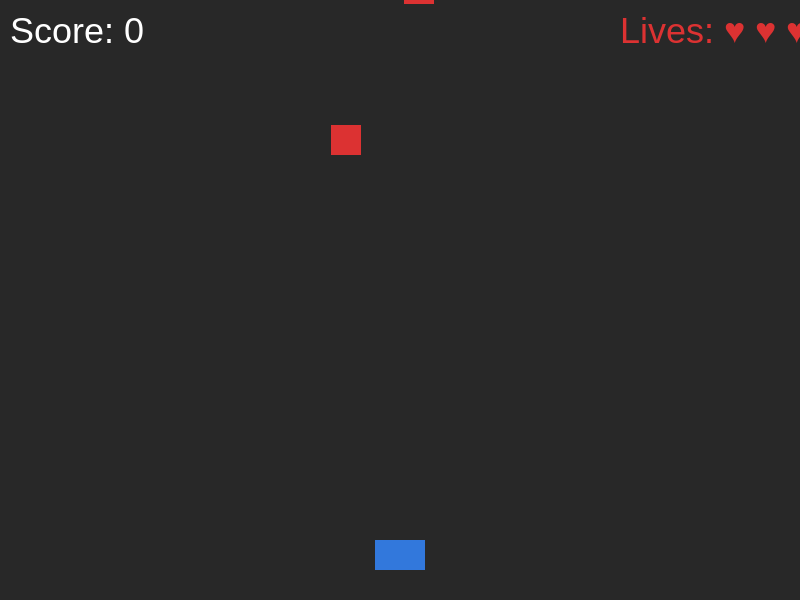
Repository: Magodang/20260181
Script's output: python week5fd/week5.py
These files come from the project's save history. The script's output is drawn as it stood at one moment and after the next save; the edit follows.
The window is shown after at most 60 frames with no key pressed. A system font it names is replaced by a similar one. Random numbers start from a fixed seed.

Above is the script's output before, as saved 2026-03-31 14:33:50.

After the next save:
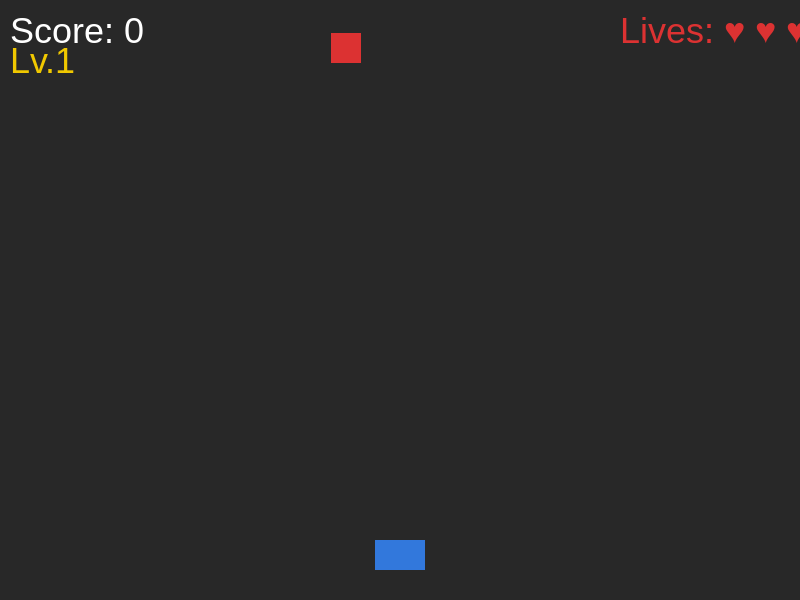
Saved 54 s later.
--- a/week5fd/week5.py
+++ b/week5fd/week5.py
@@ -30,25 +30,29 @@
 font = get_korean_font(36)
 font_big = get_korean_font(72)
 
-# 고정 난이도 설정
-ENEMY_MIN_SPEED = 4
-ENEMY_MAX_SPEED = 7
-SPAWN_DELAY = 30  # 작을수록 많이 생성됨
+# --- 레벨 설정 ---
+LEVELS = [
+    {"min_speed": 3, "max_speed": 5,  "spawn": 40, "label": "Lv.1"},
+    {"min_speed": 5, "max_speed": 8,  "spawn": 25, "label": "Lv.2"},
+    {"min_speed": 7, "max_speed": 12, "spawn": 15, "label": "Lv.3"},
+]
+
+# --- 사운드 자리 ---
+# dodge_sound = pygame.mixer.Sound("dodge.wav")
+# hit_sound   = pygame.mixer.Sound("hit.wav")
 
 PLAYER_W, PLAYER_H = 50, 30
 ENEMY_W,  ENEMY_H  = 30, 30
 
-
-def spawn_enemy():
+def spawn_enemy(level_cfg):
     x = random.randint(0, WIDTH - ENEMY_W)
-    speed = random.randint(ENEMY_MIN_SPEED, ENEMY_MAX_SPEED)
+    speed = random.randint(level_cfg["min_speed"], level_cfg["max_speed"])
     return pygame.Rect(x, -ENEMY_H, ENEMY_W, ENEMY_H), speed
 
-
-def draw_hud(score, lives):
+def draw_hud(score, level_cfg, lives):
     screen.blit(font.render(f"Score: {score}", True, WHITE), (10, 10))
+    screen.blit(font.render(f"{level_cfg['label']}", True, YELLOW), (10, 40))
     screen.blit(font.render(f"Lives: {'♥ ' * lives}", True, RED), (WIDTH - 180, 10))
-
 
 def game_over_screen(score):
     screen.fill(GRAY)
@@ -64,13 +68,14 @@
                 if e.key == pygame.K_r: return True
                 if e.key == pygame.K_q: pygame.quit(); sys.exit()
 
-
 def main():
     player = pygame.Rect(WIDTH // 2 - PLAYER_W // 2, HEIGHT - 60, PLAYER_W, PLAYER_H)
     enemies = []
     score = 0
     lives = 3
     spawn_timer = 0
+    level_idx = 0
+    level_cfg = LEVELS[level_idx]
     invincible = 0
 
     while True:
@@ -86,14 +91,12 @@
         if keys[pygame.K_UP]    and player.top   > 0:     player.y -= 5
         if keys[pygame.K_DOWN]  and player.bottom < HEIGHT: player.y += 5
 
-        # 적 생성
         spawn_timer += 1
-        if spawn_timer >= SPAWN_DELAY:
+        if spawn_timer >= level_cfg["spawn"]:
             spawn_timer = 0
-            rect, speed = spawn_enemy()
+            rect, speed = spawn_enemy(level_cfg)
             enemies.append([rect, speed])
 
-        # 적 이동
         survived = []
         for pair in enemies:
             pair[0].y += pair[1]
@@ -103,12 +106,12 @@
                 score += 1
         enemies = survived
 
-        # 충돌 처리
         if invincible > 0:
             invincible -= 1
         else:
             for pair in enemies:
                 if player.colliderect(pair[0]):
+                    # hit_sound.play()
                     lives -= 1
                     invincible = 90
                     enemies.clear()
@@ -117,6 +120,9 @@
                             main()
                         return
                     break
+
+        level_idx = min(score // 20, len(LEVELS) - 1)
+        level_cfg = LEVELS[level_idx]
 
         screen.fill(GRAY)
 
@@ -127,9 +133,7 @@
         for pair in enemies:
             pygame.draw.rect(screen, RED, pair[0])
 
-        draw_hud(score, lives)
+        draw_hud(score, level_cfg, lives)
         pygame.display.flip()
-        clock.tick(FPS)
-
 
 main()

After the save that followed:
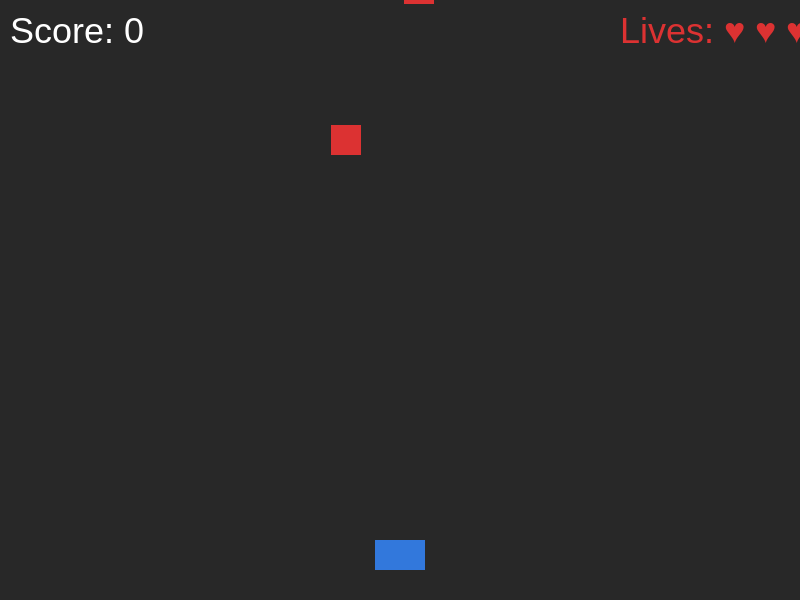
Saved 115 s later.
--- a/week5fd/week5.py
+++ b/week5fd/week5.py
@@ -30,29 +30,25 @@
 font = get_korean_font(36)
 font_big = get_korean_font(72)
 
-# --- 레벨 설정 ---
-LEVELS = [
-    {"min_speed": 3, "max_speed": 5,  "spawn": 40, "label": "Lv.1"},
-    {"min_speed": 5, "max_speed": 8,  "spawn": 25, "label": "Lv.2"},
-    {"min_speed": 7, "max_speed": 12, "spawn": 15, "label": "Lv.3"},
-]
-
-# --- 사운드 자리 ---
-# dodge_sound = pygame.mixer.Sound("dodge.wav")
-# hit_sound   = pygame.mixer.Sound("hit.wav")
+# 고정 난이도 설정
+ENEMY_MIN_SPEED = 4
+ENEMY_MAX_SPEED = 7
+SPAWN_DELAY = 30
 
 PLAYER_W, PLAYER_H = 50, 30
 ENEMY_W,  ENEMY_H  = 30, 30
 
-def spawn_enemy(level_cfg):
+
+def spawn_enemy():
     x = random.randint(0, WIDTH - ENEMY_W)
-    speed = random.randint(level_cfg["min_speed"], level_cfg["max_speed"])
+    speed = random.randint(ENEMY_MIN_SPEED, ENEMY_MAX_SPEED)
     return pygame.Rect(x, -ENEMY_H, ENEMY_W, ENEMY_H), speed
 
-def draw_hud(score, level_cfg, lives):
+
+def draw_hud(score, lives):
     screen.blit(font.render(f"Score: {score}", True, WHITE), (10, 10))
-    screen.blit(font.render(f"{level_cfg['label']}", True, YELLOW), (10, 40))
     screen.blit(font.render(f"Lives: {'♥ ' * lives}", True, RED), (WIDTH - 180, 10))
+
 
 def game_over_screen(score):
     screen.fill(GRAY)
@@ -68,14 +64,13 @@
                 if e.key == pygame.K_r: return True
                 if e.key == pygame.K_q: pygame.quit(); sys.exit()
 
+
 def main():
     player = pygame.Rect(WIDTH // 2 - PLAYER_W // 2, HEIGHT - 60, PLAYER_W, PLAYER_H)
     enemies = []
     score = 0
     lives = 3
     spawn_timer = 0
-    level_idx = 0
-    level_cfg = LEVELS[level_idx]
     invincible = 0
 
     while True:
@@ -86,17 +81,19 @@
                 pygame.quit(); sys.exit()
 
         keys = pygame.key.get_pressed()
-        if keys[pygame.K_LEFT]  and player.left  > 0:     player.x -= 5
+        if keys[pygame.K_LEFT]  and player.left  > 0:      player.x -= 5
         if keys[pygame.K_RIGHT] and player.right < WIDTH:  player.x += 5
-        if keys[pygame.K_UP]    and player.top   > 0:     player.y -= 5
+        if keys[pygame.K_UP]    and player.top   > 0:      player.y -= 5
         if keys[pygame.K_DOWN]  and player.bottom < HEIGHT: player.y += 5
 
+        # 적 생성
         spawn_timer += 1
-        if spawn_timer >= level_cfg["spawn"]:
+        if spawn_timer >= SPAWN_DELAY:
             spawn_timer = 0
-            rect, speed = spawn_enemy(level_cfg)
+            rect, speed = spawn_enemy()
             enemies.append([rect, speed])
 
+        # 적 이동 및 점수 증가
         survived = []
         for pair in enemies:
             pair[0].y += pair[1]
@@ -106,12 +103,12 @@
                 score += 1
         enemies = survived
 
+        # 충돌 처리
         if invincible > 0:
             invincible -= 1
         else:
             for pair in enemies:
                 if player.colliderect(pair[0]):
-                    # hit_sound.play()
                     lives -= 1
                     invincible = 90
                     enemies.clear()
@@ -120,9 +117,6 @@
                             main()
                         return
                     break
-
-        level_idx = min(score // 20, len(LEVELS) - 1)
-        level_cfg = LEVELS[level_idx]
 
         screen.fill(GRAY)
 
@@ -133,7 +127,10 @@
         for pair in enemies:
             pygame.draw.rect(screen, RED, pair[0])
 
-        draw_hud(score, level_cfg, lives)
+        draw_hud(score, lives)
+
         pygame.display.flip()
+        clock.tick(FPS)
+
 
 main()
